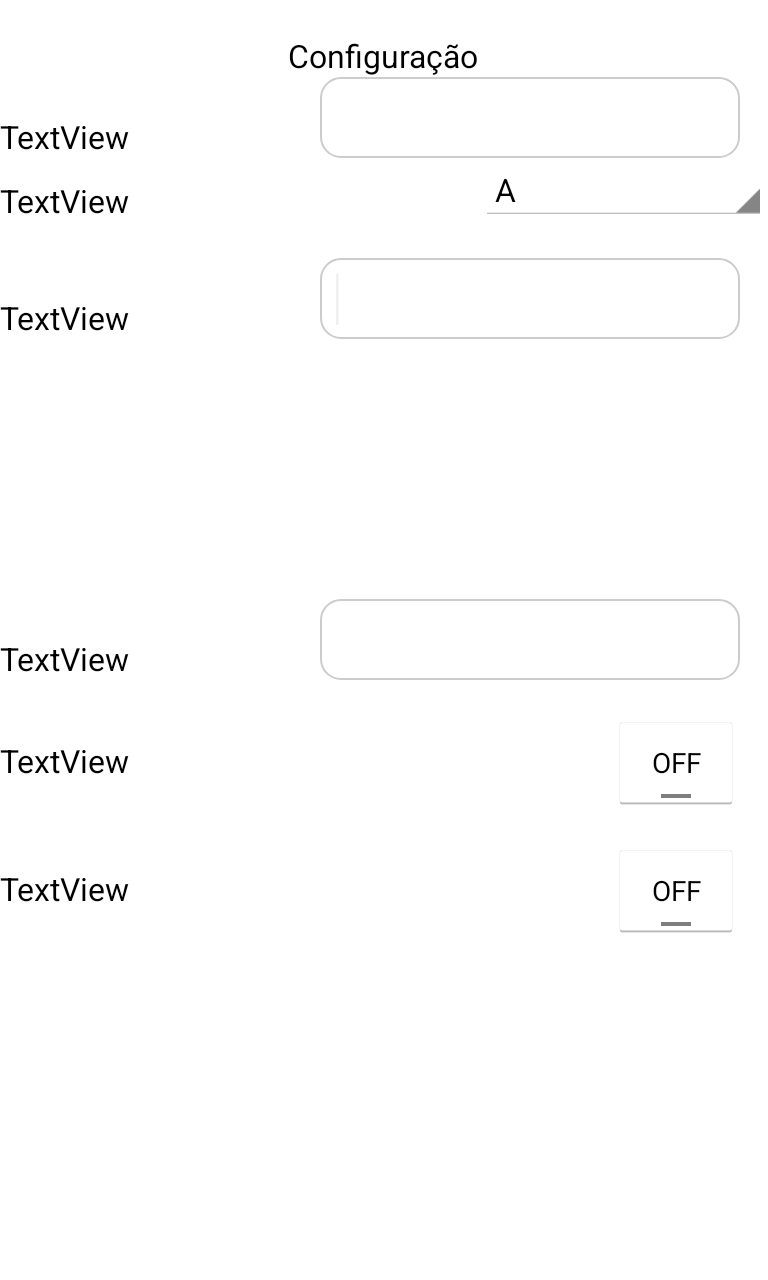
Repository: RafaDeschain/DoarSP
Layout: doarSP/res/layout/fragment_alterardados.xml
An editor plug-in stored every save of this project. The layout is shown before and after the next save, followed by the edit.
It is drawn on a 768 x 1280 px phone screen (xhdpi) without system bars, with theme AppTheme; the app's code is not run.

Above is the layout before, as saved 2014-04-21 04:22:13.

After the next save:
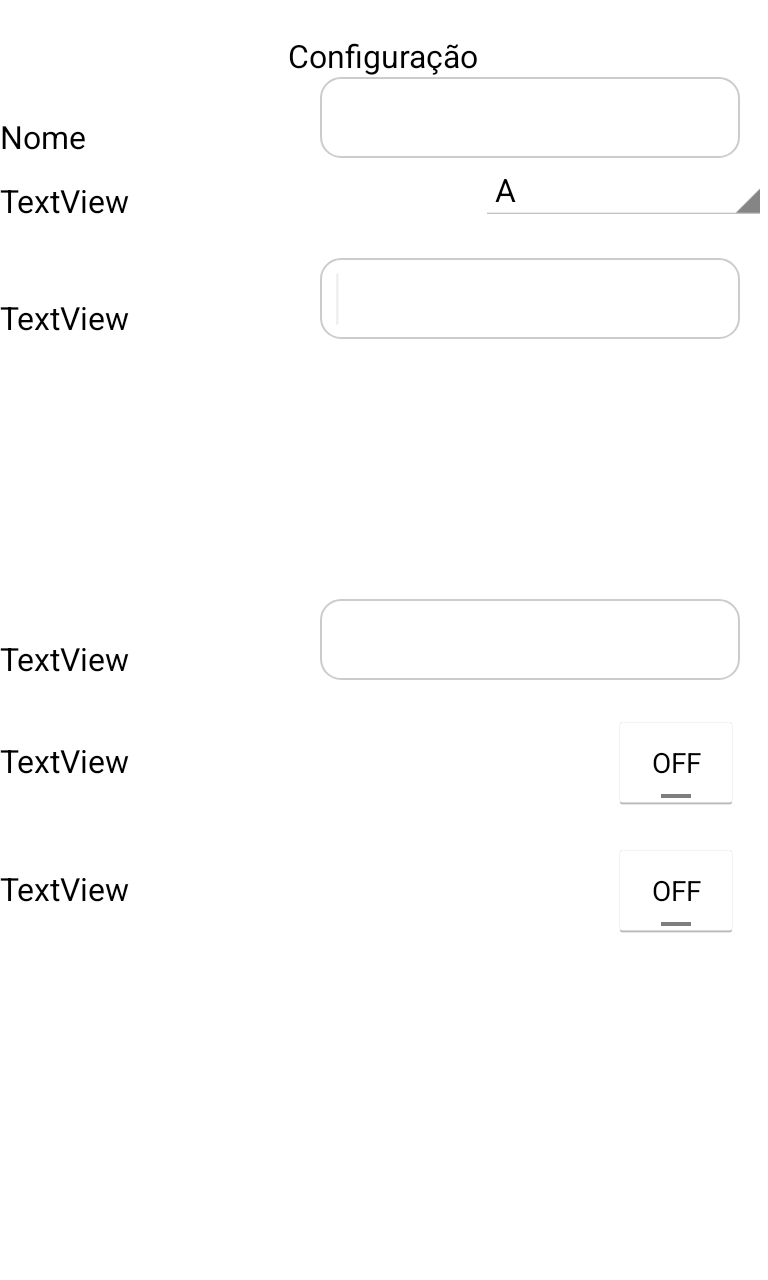
Saved 10 s later.
--- a/doarSP/res/layout/fragment_alterardados.xml
+++ b/doarSP/res/layout/fragment_alterardados.xml
@@ -28,7 +28,7 @@
         android:layout_height="wrap_content"
         android:layout_alignBottom="@+id/editText1"
         android:layout_alignParentLeft="true"
-        android:text="TextView" />
+        android:text="@string/nome" />
 
     <TextView
         android:id="@+id/textView3"
